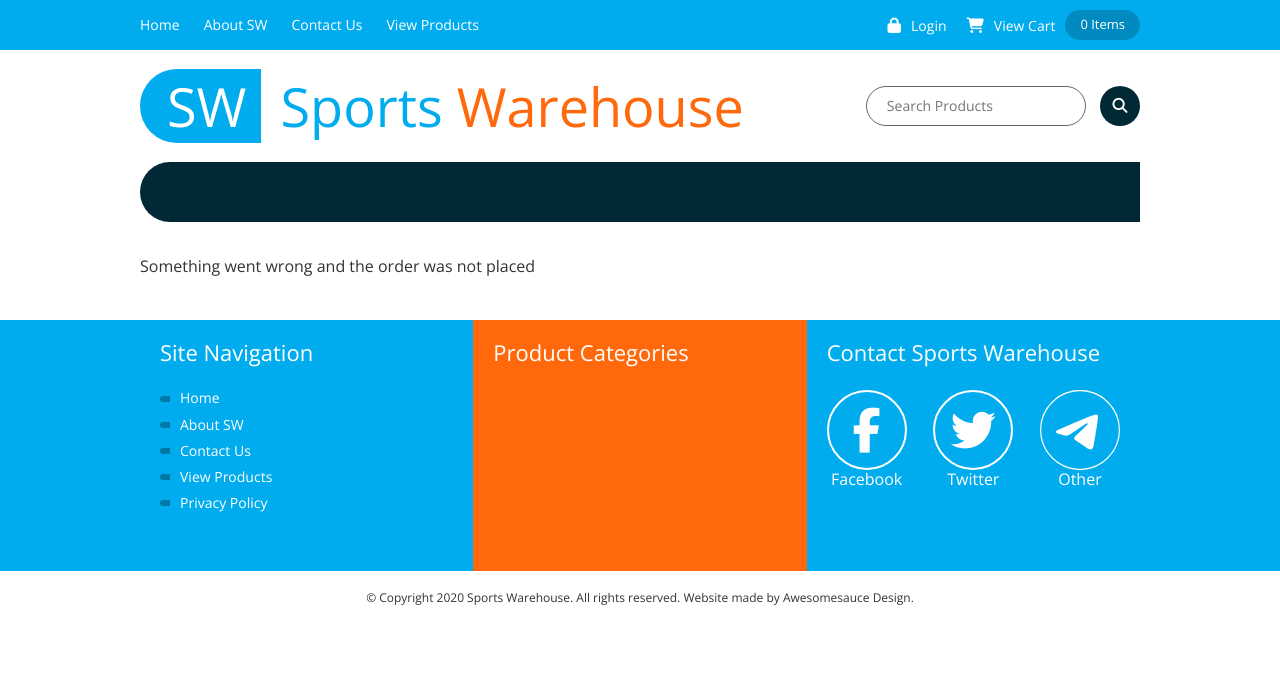
Repository: TonyHoukun-2022/sportswarehouse-php
Page: http://localhost/thanksOrder.php
These files come from the project's save history. The page is drawn as it stood at one moment and after the next save; the edit follows.
The browser window is 1280 px wide. The pictures show the whole page.
Some web libraries are served in a nearby version. The page is run by PHP 8.4 with error messages shown; the project is at /var/www/html/. Queries for data that is not in the repository find no rows.

Above is the page before, as saved 2021-11-24 20:09:33.

After the next save:
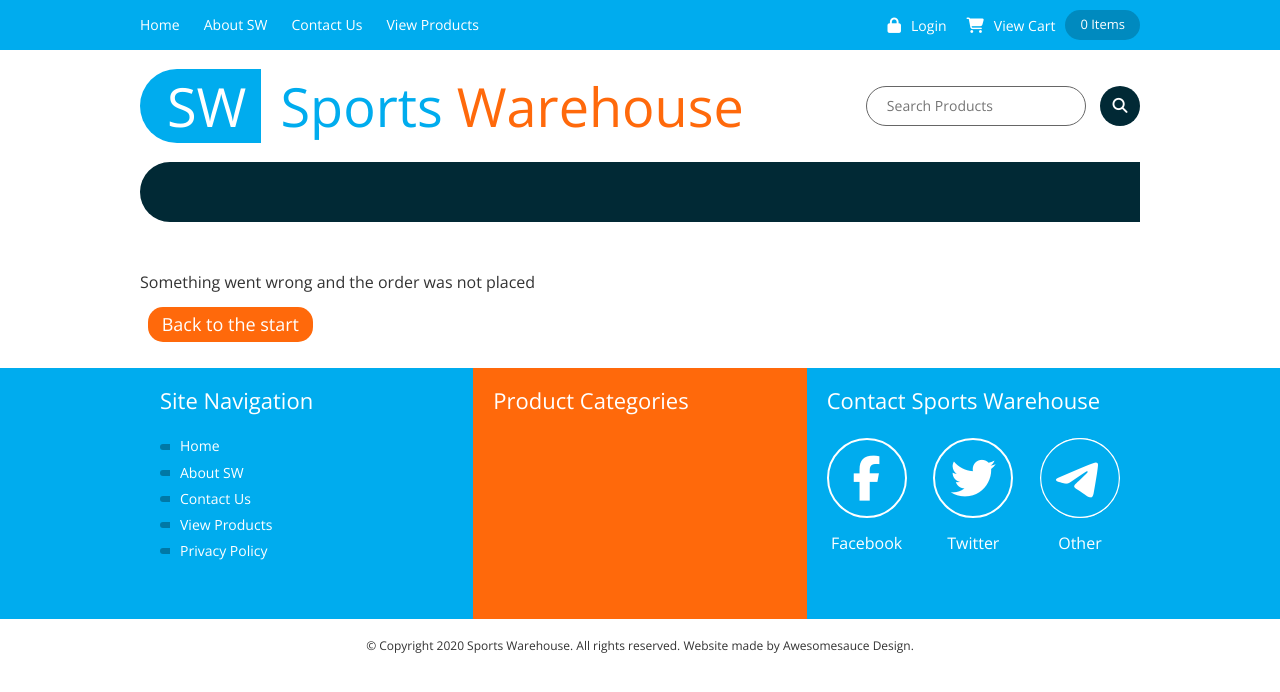
Saved 13 min 27 s later.
--- a/styles/style.css
+++ b/styles/style.css
@@ -145,9 +145,7 @@
 [hidden] {
   display: none;
 }
-p {
-  margin: 0;
-}
+
 :root {
   --background: #fff;
   --mainBrand: #00acee;
@@ -835,9 +833,9 @@
   border-radius: 15px;
   border: none;
   font-size: 1.8rem;
+  background-color: var(--secondaryBrand);
+  color: var(--background);
   cursor: pointer;
-  background: transparent;
-  color: #fff;
 }
 
 .error {
@@ -1161,50 +1159,31 @@
   display: none;
 }
 
-#slideshow .bxslider .overlay {
+#slideshow .overlay {
   position: absolute;
   top: 0;
   bottom: 0;
   right: 0;
+  /* overflow: hidden; */
   display: flex;
-  flex-direction: column;
   justify-content: center;
   align-items: center;
-  gap: 2rem;
-  text-align: center;
-  /* overflow: hidden; */
-  width: 300px;
-  padding-left: 4rem;
+  width: 320px;
   background: #00aced;
   border: 5px solid #fff;
   border-right: none;
   font-size: 1.6em;
   border-radius: 50% 0 0 50%;
-  color: #fff;
-}
-#slideshow .bxslider .overlay p:first-child {
-  font-weight: 400;
-  font-size: 1.8rem;
-  width: 130px;
-  height: 40px;
-}
-#slideshow .bxslider .overlay p:nth-child(2) {
-  font-weight: 400;
-  font-size: 4rem;
-  width: 130px;
-  height: 80px;
-}
-#slideshow .bxslider .overlay a:last-child {
-  font-size: 1.8rem;
-  width: 130px;
-  height: 36px;
-  background-color: #006989;
-  border-radius: 18px;
-  line-height: 36px;
-}
+}
+
 /*==================================================================
   --------------- OVERIDING DEFAULT PLUGIN STYLES ------------------
   ==================================================================*/
+
+#slideshow .bx-wrapper {
+  border: none;
+  box-shadow: 0 0 10px #999;
+}
 
 #slideshow .bx-wrapper .bx-pager.bx-default-pager a {
   background: rgb(0, 172, 235, 0.4);

After the save that followed:
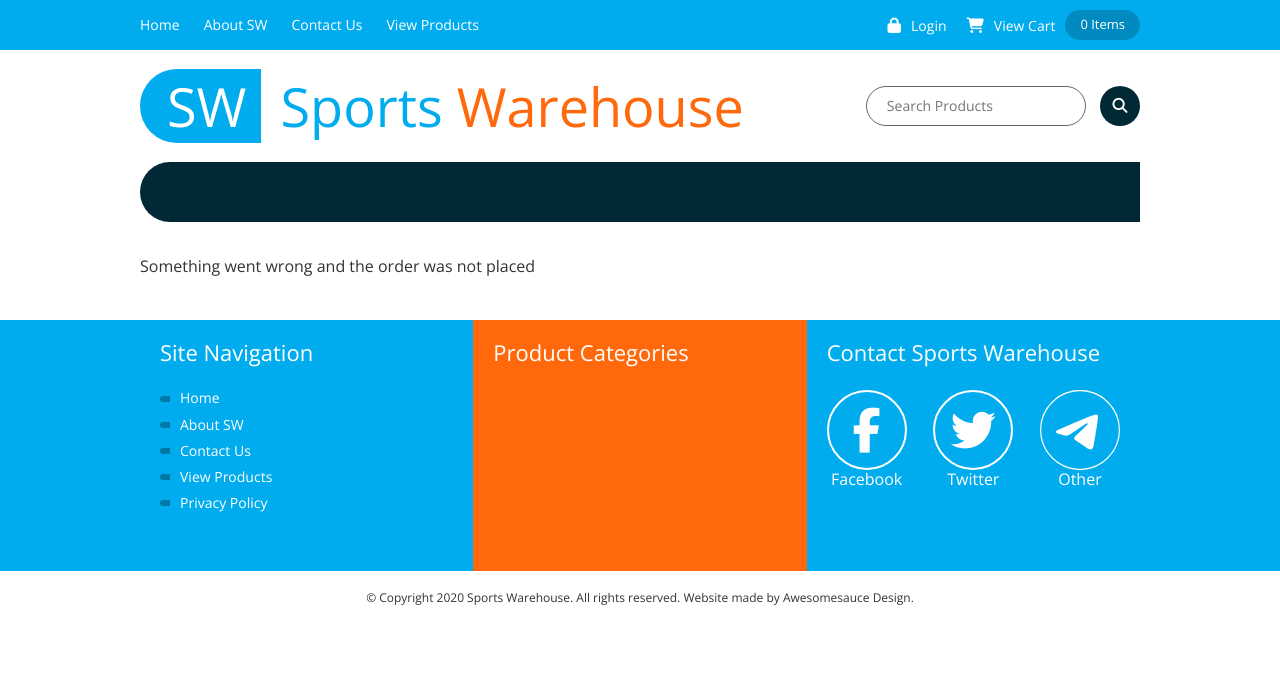
Saved 2 min 38 s later.
--- a/styles/style.css
+++ b/styles/style.css
@@ -145,7 +145,9 @@
 [hidden] {
   display: none;
 }
-
+p {
+  margin: 0;
+}
 :root {
   --background: #fff;
   --mainBrand: #00acee;
@@ -833,9 +835,9 @@
   border-radius: 15px;
   border: none;
   font-size: 1.8rem;
-  background-color: var(--secondaryBrand);
-  color: var(--background);
   cursor: pointer;
+  background: transparent;
+  color: #fff;
 }
 
 .error {
@@ -1159,31 +1161,50 @@
   display: none;
 }
 
-#slideshow .overlay {
+#slideshow .bxslider .overlay {
   position: absolute;
   top: 0;
   bottom: 0;
   right: 0;
-  /* overflow: hidden; */
   display: flex;
+  flex-direction: column;
   justify-content: center;
   align-items: center;
-  width: 320px;
+  gap: 2rem;
+  text-align: center;
+  /* overflow: hidden; */
+  width: 300px;
+  padding-left: 4rem;
   background: #00aced;
   border: 5px solid #fff;
   border-right: none;
   font-size: 1.6em;
   border-radius: 50% 0 0 50%;
-}
-
+  color: #fff;
+}
+#slideshow .bxslider .overlay p:first-child {
+  font-weight: 400;
+  font-size: 1.8rem;
+  width: 130px;
+  height: 40px;
+}
+#slideshow .bxslider .overlay p:nth-child(2) {
+  font-weight: 400;
+  font-size: 4rem;
+  width: 130px;
+  height: 80px;
+}
+#slideshow .bxslider .overlay a:last-child {
+  font-size: 1.8rem;
+  width: 130px;
+  height: 36px;
+  background-color: #006989;
+  border-radius: 18px;
+  line-height: 36px;
+}
 /*==================================================================
   --------------- OVERIDING DEFAULT PLUGIN STYLES ------------------
   ==================================================================*/
-
-#slideshow .bx-wrapper {
-  border: none;
-  box-shadow: 0 0 10px #999;
-}
 
 #slideshow .bx-wrapper .bx-pager.bx-default-pager a {
   background: rgb(0, 172, 235, 0.4);
